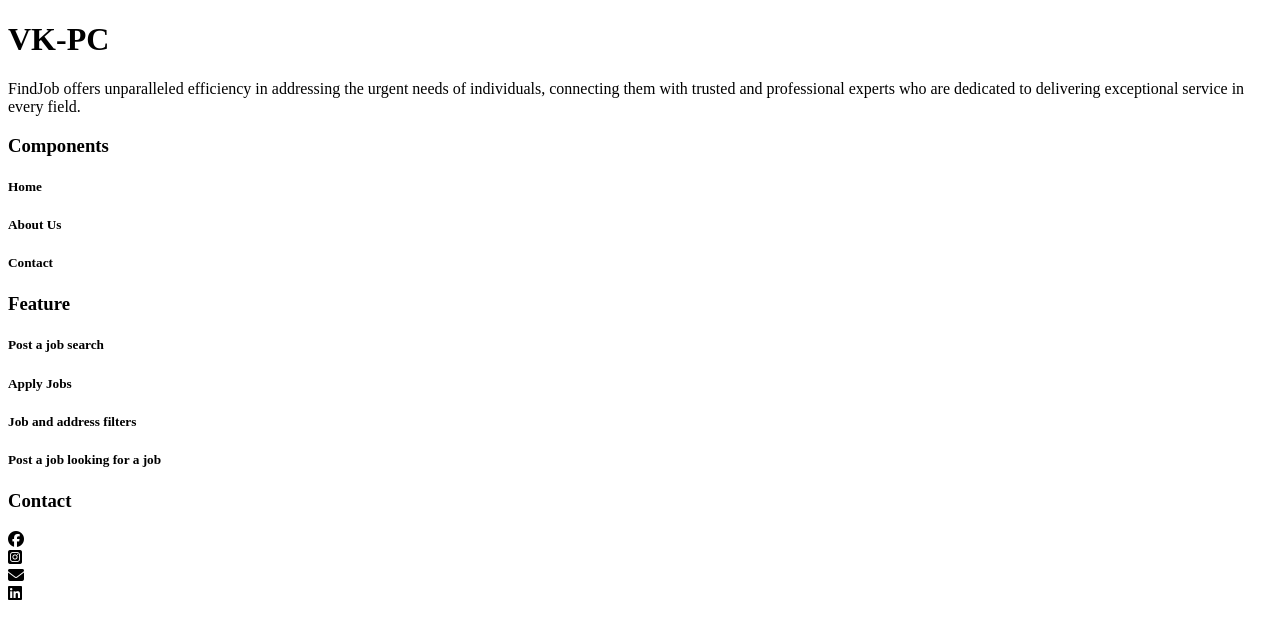
Repository: DangVai/LocalProduct
Page: http://localhost/LocalProduct/Views/frontend/footer.php
An editor plug-in stored every save of this project. The page is shown before and after the next save, followed by the edit.
The browser window is 1280 px wide. The pictures show the whole page.
The page is run by PHP 8.4 with error messages shown; the project is at /var/www/html/.

Above is the page before, as saved 2024-12-17 19:20:00.

### Views/frontend/footer.php
<!DOCTYPE html>
<html lang="en">
<head>
    <meta charset="UTF-8">
    <meta name="viewport" content="width=device-width, initial-scale=1.0">
    <title>Document</title>
    <link rel="stylesheet" href="https://cdnjs.cloudflare.com/ajax/libs/font-awesome/6.7.1/css/all.min.css" integrity="sha512-5Hs3dF2AEPkpNAR7UiOHba+lRSJNeM2ECkwxUIxC1Q/FLycGTbNapWXB4tP889k5T5Ju8fs4b1P5z/iB4nMfSQ==" crossorigin="anonymous" referrerpolicy="no-referrer" />
</head>
<body>
<div class="footer">
    <div class="left-footer">
        <h1>VK-PC</h1>
        <p>FindJob offers unparalleled efficiency in addressing the urgent needs of individuals, connecting them with trusted and professional experts who are dedicated to delivering exceptional service in every field.</p>
    </div>
    <div class="right-footer">
        <div class="components">
            <h3>Components</h3>
            <h5>Home</h5>
            <h5>About Us</h5>
            <h5>Contact</h5>
        </div>
        <div class="feature">
            <h3>Feature</h3>
            <h5>Post a job search</h5>
            <h5>Apply Jobs</h5>
            <h5>Job and address filters</h5>
            <h5>Post a job looking for a job</h5>
        </div>
        <div class="contact">
            <h3>Contact</h3>
            <div class="logo">
                <div><i class="fa-brands fa-facebook"></i></div>
                <div><i class="fa-brands fa-square-instagram"></i></div>
                <div><i class="fa-solid fa-envelope"></i></div>
                <div><i class="fa-brands fa-linkedin"></i></div>
            </div>
        </div>
    </div>
</div>
</body>
</html>

After the next save:
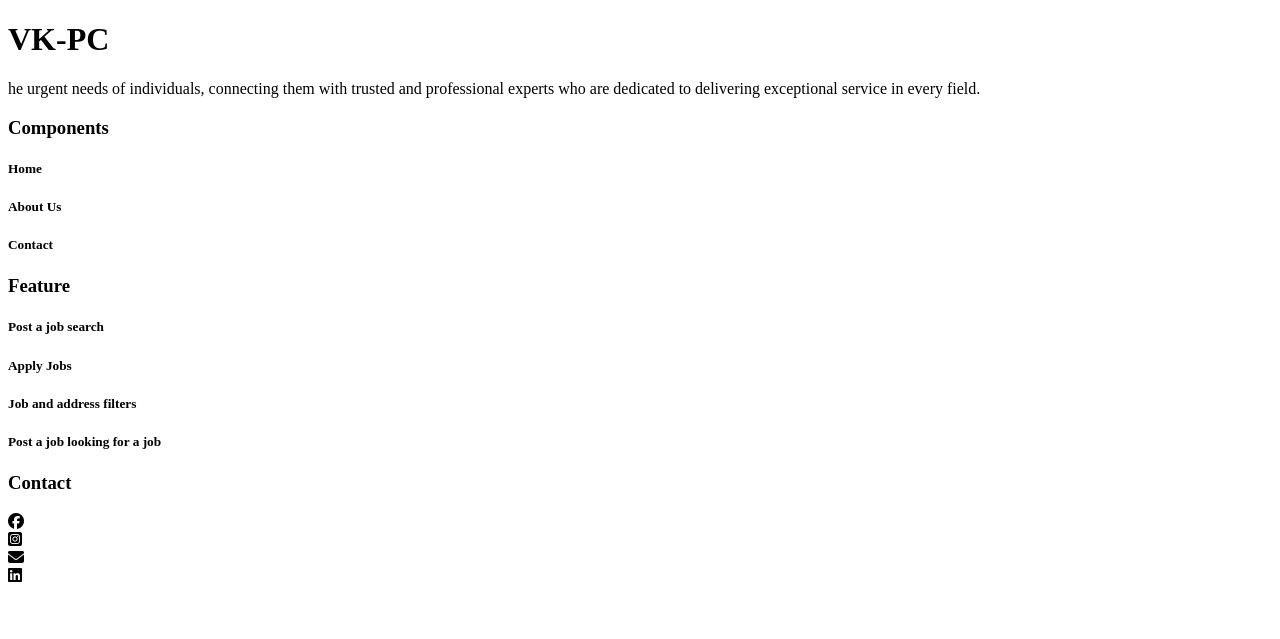
Saved 2 min 5 s later.
--- a/Views/frontend/footer.php
+++ b/Views/frontend/footer.php
@@ -10,7 +10,7 @@
 <div class="footer">
     <div class="left-footer">
         <h1>VK-PC</h1>
-        <p>FindJob offers unparalleled efficiency in addressing the urgent needs of individuals, connecting them with trusted and professional experts who are dedicated to delivering exceptional service in every field.</p>
+        <p>he urgent needs of individuals, connecting them with trusted and professional experts who are dedicated to delivering exceptional service in every field.</p>
     </div>
     <div class="right-footer">
         <div class="components">
